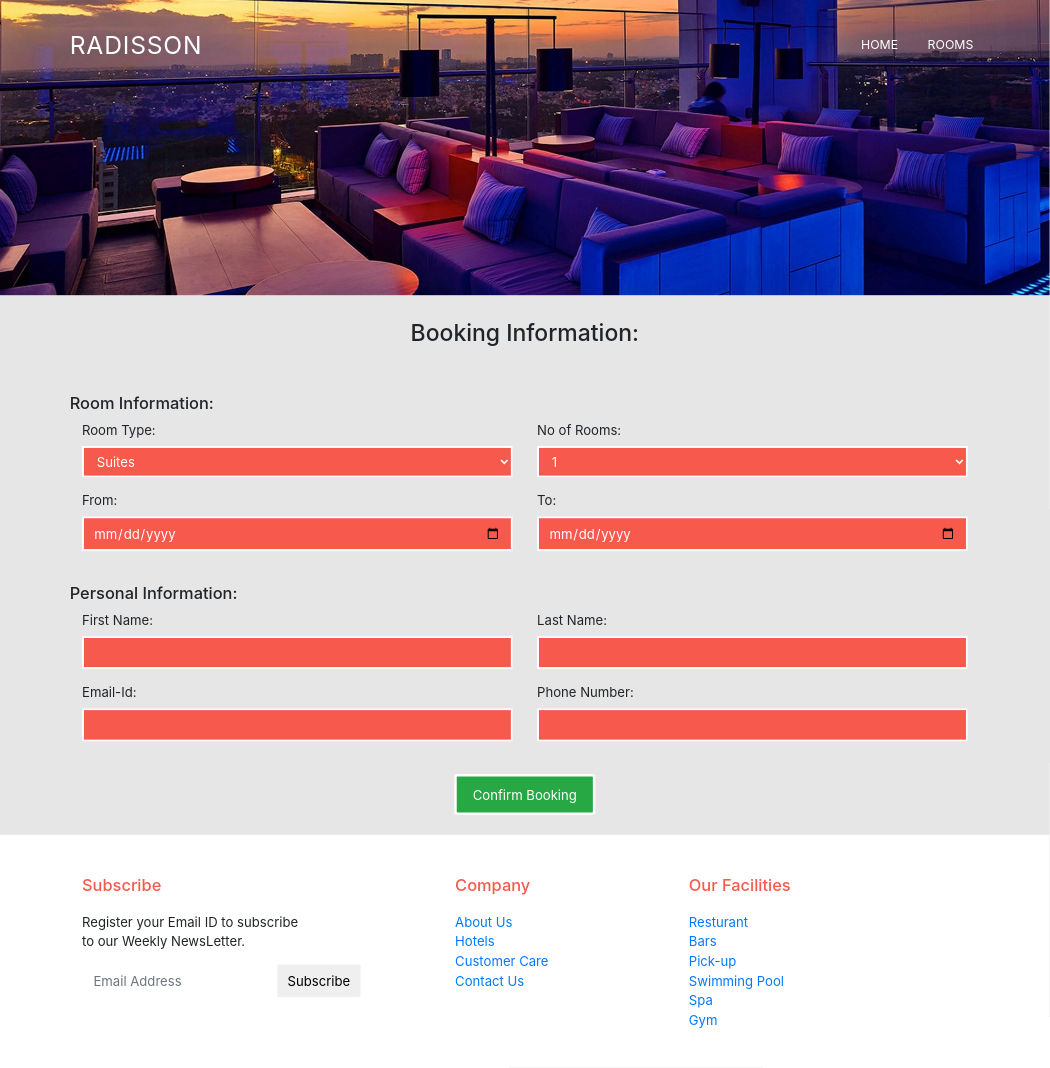
Repository: kapsky5/HotelManagement
Page: booking.html
The author's editor kept a copy of each file at every save. The page is drawn from the files as they stood at one save, then again after the next save.
The browser window is 1280 px wide. The pictures show the whole page, at 82% of full size.

Above is the page before, as saved 2019-11-08 10:09:33.

After the next save:
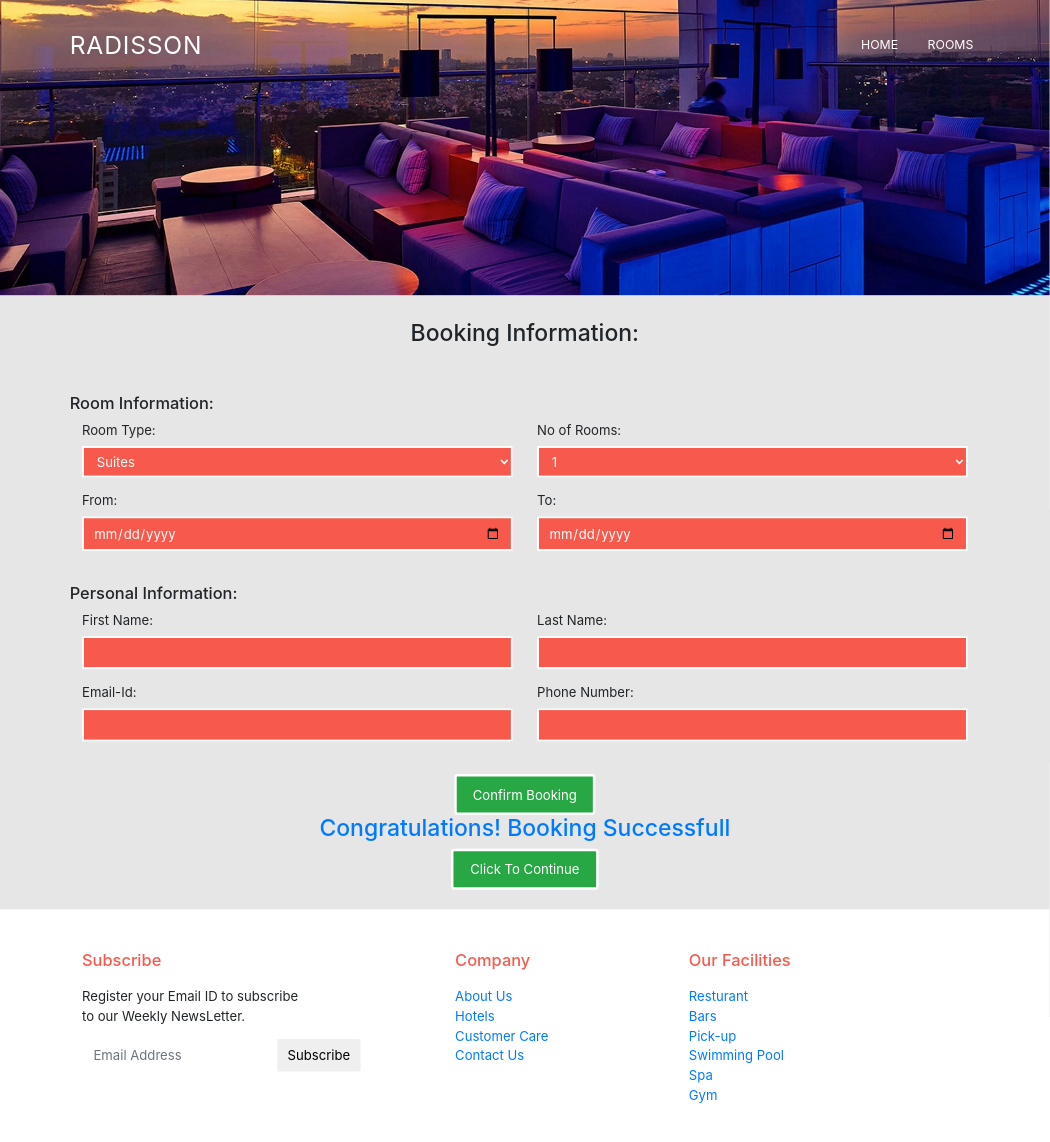
Saved 96 s later.
--- a/booking.html
+++ b/booking.html
@@ -170,7 +170,7 @@
     <script>
         var submis = document.getElementById('btn-submit');
         var cont = document.getElementById('continue');
-        cont.style.display="none";
+        // cont.style.display="none";
         async function newBooking() {
             let type = document.getElementById('type').value;
             let room = document.getElementById('room').value;
